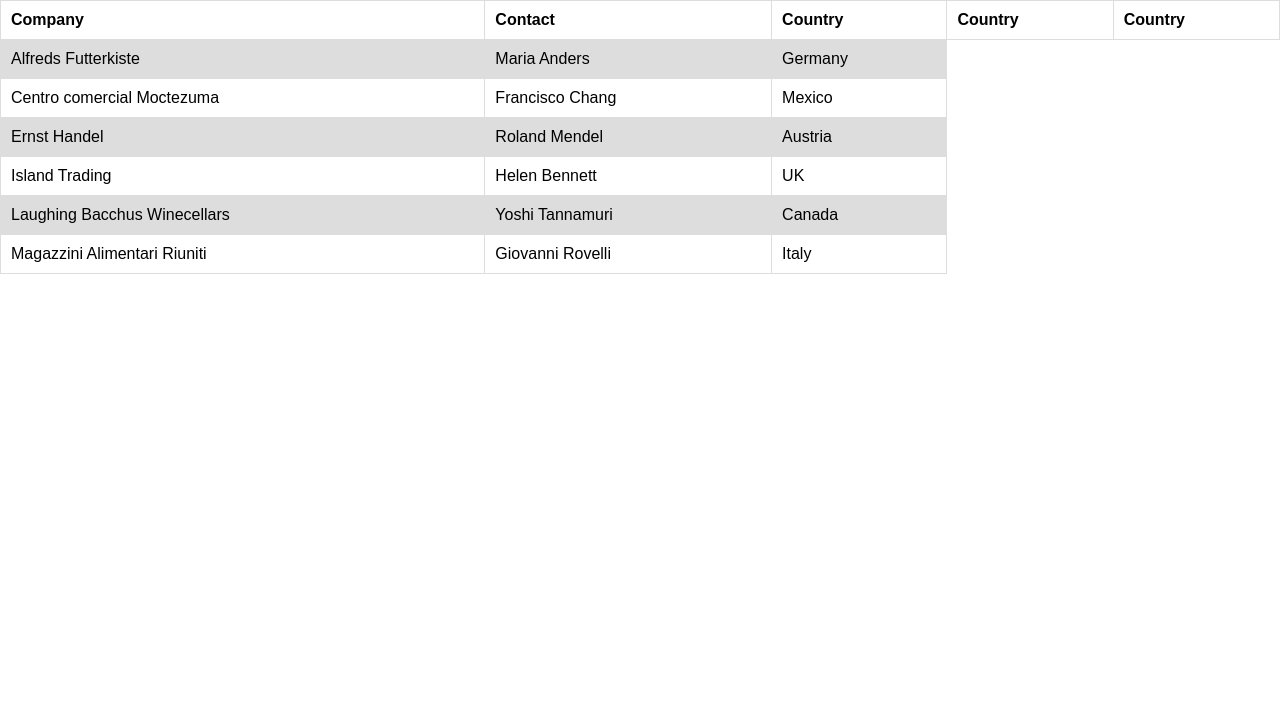
Repository: Seryozha02/ApiRequests
Page: index.html
The author's editor kept a copy of each file at every save. The page is drawn from the files as they stood at one save, then again after a run of saves.
The browser window is 1280 px wide. The pictures show the whole page.

Above is the page before, as saved 2022-09-22 21:16:28.

After the next 4 saves:
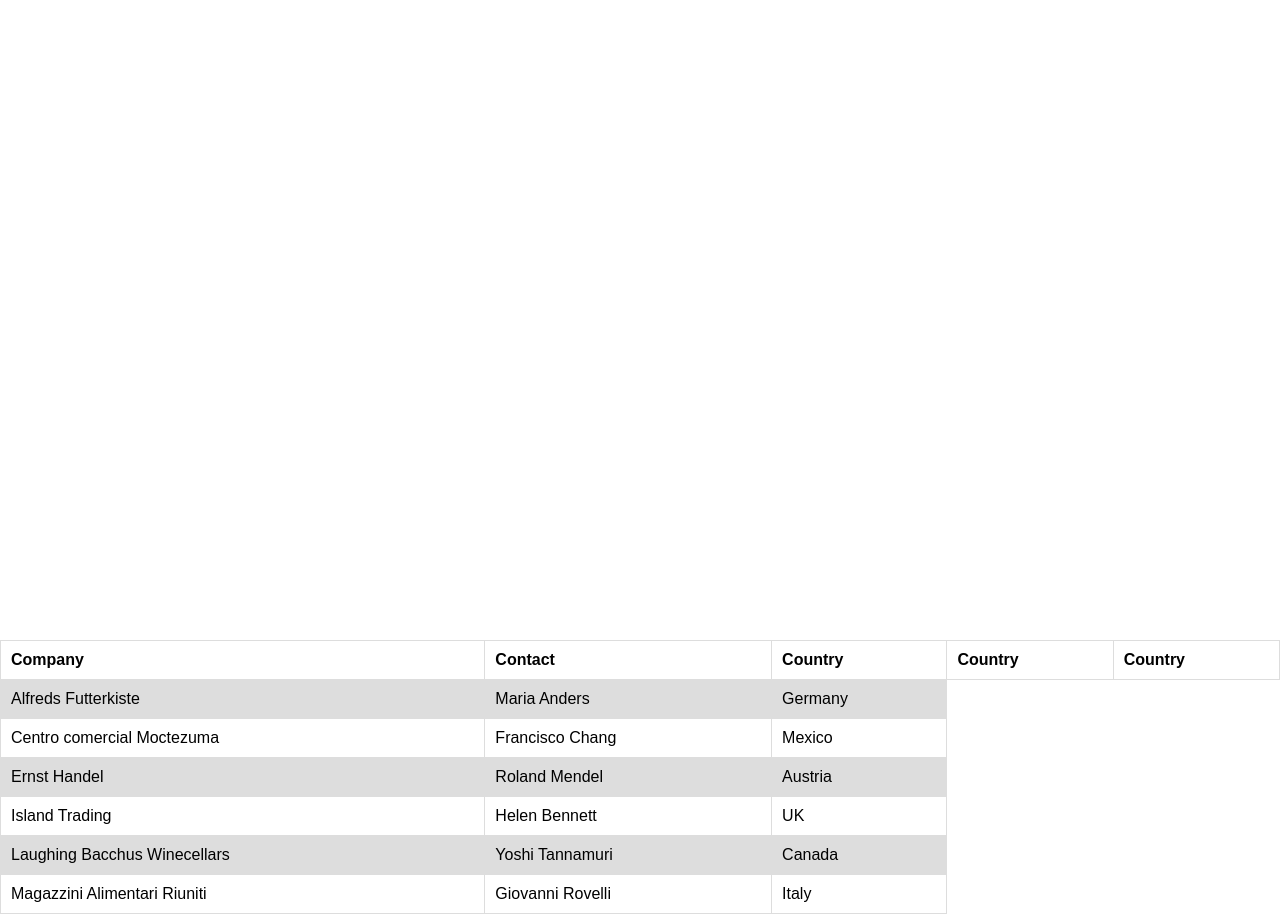
The 4 saves are shown as one change because they came seconds apart.
The last was saved 11 s later.
--- a/style.css
+++ b/style.css
@@ -8,7 +8,7 @@
     font-family: arial, sans-serif;
     border-collapse: collapse;
     width: 100%;
-    flex-direction: row;
+    margin-top: 50%;
   }
 
   td, th {
